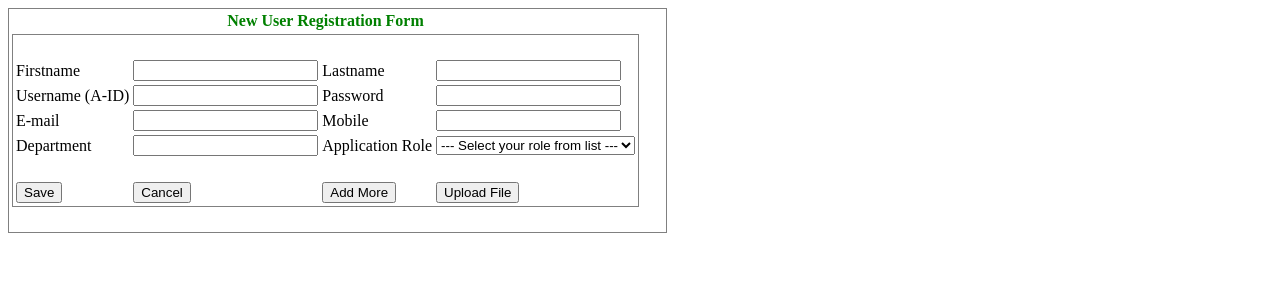
Repository: guribrar/enrolmentapp
Page: http://localhost/enrolmentapp/newuser.jsp
An editor plug-in stored every save of this project. The page is shown before and after the next save, followed by the edit.
The browser window is 1280 px wide. The pictures show the whole page.
The page is served by Tomcat 9. Other server files are loaded and not shown. Queries for data that is not in the repository find no rows.

Above is the page before, as saved 2016-12-31 13:59:13.

### enrolmentapp/WebContent/newuser.jsp
<%@ page language="java" contentType="text/html; charset=ISO-8859-1"
    pageEncoding="ISO-8859-1"%>
<%@ taglib uri="http://java.sun.com/jsp/jstl/sql" prefix="sql" %>
<%@ taglib uri="http://java.sun.com/jsp/jstl/core" prefix="c" %>

<!DOCTYPE html PUBLIC "-//W3C//DTD HTML 4.01 Transitional//EN" "http://www.w3.org/TR/html4/loose.dtd">

<sql:query var="rs" dataSource="jdbc/enrolmentapp">
	select role from enrolmentapp.role
</sql:query>

<html>
<head>
<meta http-equiv="Content-Type" content="text/html; charset=ISO-8859-1">
<title>New User Registration</title>
</head>
<body>
<table frame="box">
	<tr>
		<th><font color="green">New User Registration Form</font></th>
	</tr>
	<tr>
		<td>
			<form action="UserRegistrationServlet">
			<table frame="box">
				<tr>
					<td>&nbsp;</td>
					<td>&nbsp;</td>
					<td>&nbsp;</td>
					<td>&nbsp;</td>
				</tr>
				<tr>
					<td>Firstname</td>
					<td><input type="text" name="firstname" value="" /></td>
					<td>Lastname</td>
					<td><input type="text" name="lastname" value="" /></td>
				</tr>
				<tr>
					<td>Username (A-ID)</td>
					<td><input type="text" name="username" value="" /></td>
					<td>Password</td>
					<td><input type="password" name="password" value="" /></td>
				</tr>
				<tr>
					<td>E-mail</td>
					<td><input type="text" name="email" value="" /></td>
					<td>Mobile</td>
					<td><input type="text" name="mobile" value="" /></td>
				</tr>
				<tr>
					<td>Department</td>
					<td><input type="text" name="email" value="" /></td>
					<td>Application Role</td>
					<td>
						<select name="role">
							<option value="">--- Select your role from list ---</option>
							<c:forEach var="row" items="${rs.rows}">
    							<option value="${row.role}">${row.role}</option>
							</c:forEach>
						</select>
					</td>
				</tr>
				<tr>
					<td>&nbsp;</td>
					<td>&nbsp;</td>
					<td>&nbsp;</td>
					<td>&nbsp;</td>
				</tr>
				<tr>
					<td><input type="submit" name="save" value="Save"/></td>
					<td><input type="submit" name="Cancel" value="Cancel"/></td>
					<td><input type="submit" name="addmore" value="Add More"/></td>
					<td><input type="submit" name="uploadfile" value="Upload File"/></td>
				</tr>
			</table>
			</form>
		</td>
	</tr>
	<tr>
		<td>&nbsp;</td>
		<td>&nbsp;</td>
		<td>&nbsp;</td>
		<td>&nbsp;</td>
	</tr>
</table>
</body>
</html>

After the next save:
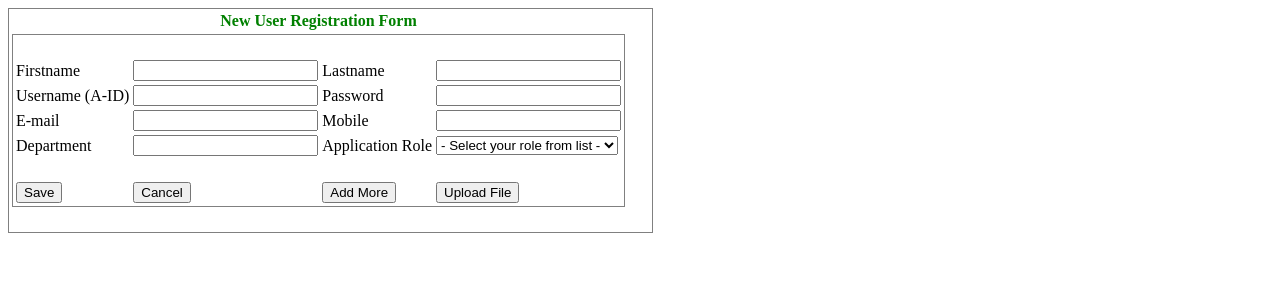
Saved 8 s later.
--- a/enrolmentapp/WebContent/newuser.jsp
+++ b/enrolmentapp/WebContent/newuser.jsp
@@ -53,7 +53,7 @@
 					<td>Application Role</td>
 					<td>
 						<select name="role">
-							<option value="">--- Select your role from list ---</option>
+							<option value="">- Select your role from list -</option>
 							<c:forEach var="row" items="${rs.rows}">
     							<option value="${row.role}">${row.role}</option>
 							</c:forEach>
